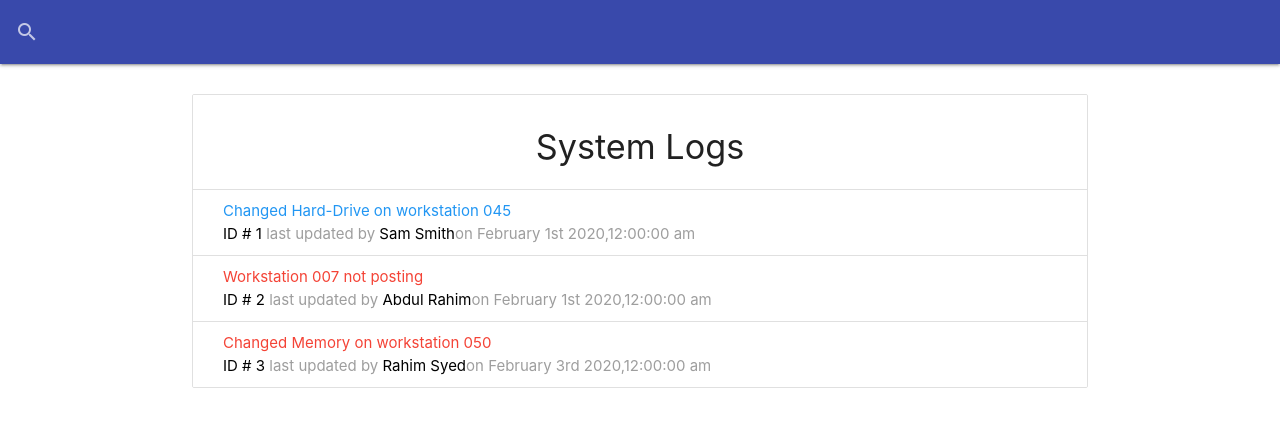
Repository: syedabdulrahim/IT_Logger
Page: /
These files come from the project's save history. The page is drawn as it stood at one moment and after the next save; the edit follows.
The browser window is 1280 px wide. The pictures show the whole page.
The project was rebuilt for these pictures with package versions that can differ from the ones it lists, and the page was loaded fresh each time. Requests to the local data server were answered from the project's data file. Also part of the build but not shown: src/App.css.

Above is the page before, as saved 2020-10-29 23:40:34.

After the next save:
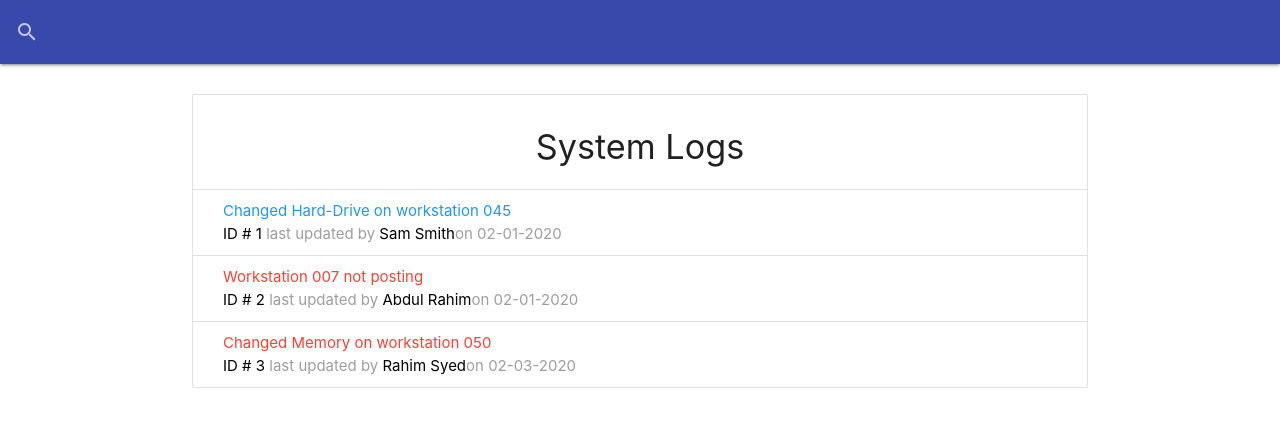
Saved 27 s later.
--- a/src/components/logs/LogItem.js
+++ b/src/components/logs/LogItem.js
@@ -17,7 +17,7 @@
                             <span className="black-text">ID # {log.id}</span>
                                {' '} {'last updated by'}
                             <span className="black-text">{' '}{log.tech}</span>
-                            on <Moment format="MMMM Do YYYY,h:mm:ss a">{log.date}</Moment>
+                            on {log.date}
                     </span>
                 </div>
             </li>

After the save that followed:
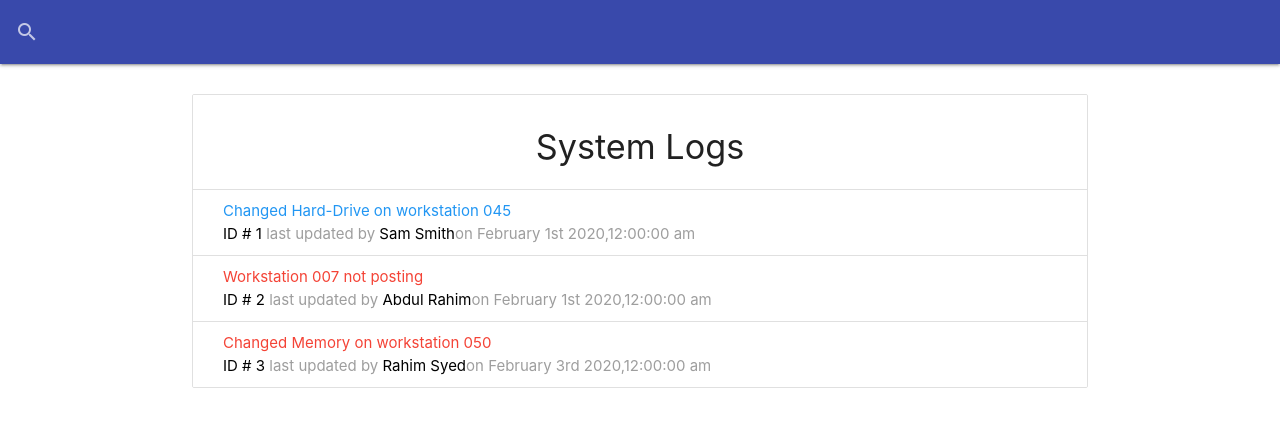
Saved 2 min 44 s later.
--- a/src/components/logs/LogItem.js
+++ b/src/components/logs/LogItem.js
@@ -17,7 +17,7 @@
                             <span className="black-text">ID # {log.id}</span>
                                {' '} {'last updated by'}
                             <span className="black-text">{' '}{log.tech}</span>
-                            on {log.date}
+                            on <Moment format="MMMM Do YYYY,h:mm:ss a">{log.date}</Moment>
                     </span>
                 </div>
             </li>
